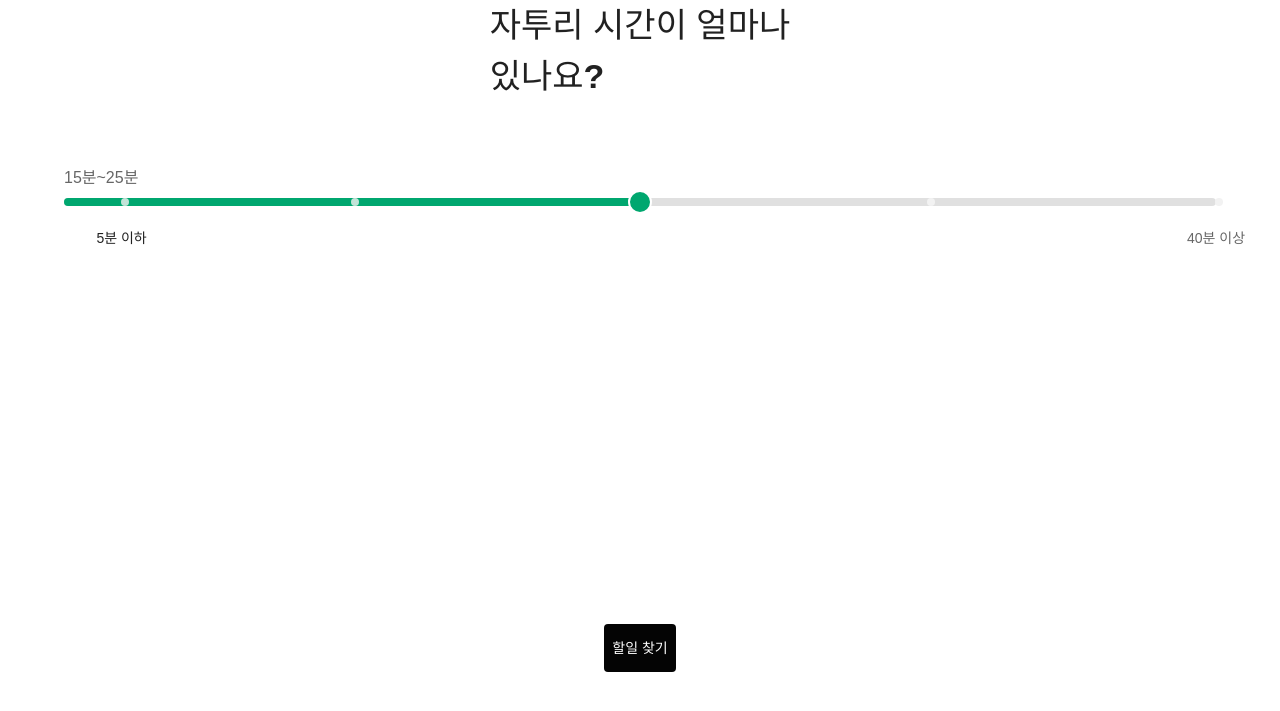
Repository: Tickley-Team/Tickley
Page: /survey
An editor plug-in stored every save of this project. The page is shown before and after the next save, followed by the edit.
The browser window is 1280 px wide. The pictures show the whole page.
The project was rebuilt for these pictures with package versions that can differ from the ones it lists, and the page was loaded fresh each time. Also part of the build but not shown: vite.config.ts, src/components/BottomNavbar.css, src/components/BottomNavbar.tsx, src/hooks/useLocalStorage.ts, src/stores/timeLeftStore.ts, src/utils.ts, src/components/BasicDialog.tsx, src/pages/Todos.tsx and 12 more.

Above is the page before, as saved 2024-12-09 16:42:34.

### index.html
<!doctype html>
<html lang="en">
  <head>
    <meta charset="UTF-8" />
    <link rel="icon" type="image/svg+xml" href="/src/assets/tickley-favicon.svg" />
    <meta name="viewport" content="width=device-width, initial-scale=1.0" />
    <title>Tickley</title>
    <meta name="description" content="자투리 시간을 알차게 보내고 싶으신가요? 그럼 티클리!">
    <meta property="og:title" content="Tickley">
    <meta property="og:url" content="https://tickley-team.github.io/Tickley/">
    <meta property="og:image" content="https://tickley-team.github.io/Tickley/cute-tickley.png">
    <meta property="og:description" content="자투리 시간을 알차게 보내고 싶으신가요? 그럼 티클리!">
  </head>
  <body>
    <div id="root"></div>
    <script type="module" src="/src/main.tsx"></script>
  </body>
</html>

### src/index.css
:root {
  font-family: Pretandard, system-ui, Avenir, Helvetica, Arial, sans-serif;

  color-scheme: light dark;
  font-synthesis: none;
  text-rendering: optimizeLegibility;
  -webkit-font-smoothing: antialiased;
  -moz-osx-font-smoothing: grayscale;
}

@font-face {
  font-family: 'S-CoreDream-5Medium';
  src: url('https://fastly.jsdelivr.net/gh/projectnoonnu/noonfonts_six@1.2/S-CoreDream-5Medium.woff')
    format('woff');
  font-weight: 500;
  font-style: normal;
}

@font-face {
  font-family: 'S-CoreDream-6Bold';
  src: url('https://fastly.jsdelivr.net/gh/projectnoonnu/noonfonts_six@1.2/S-CoreDream-6Bold.woff')
    format('woff');
  font-weight: 600;
  font-style: normal;
}

@font-face {
  font-family: 'S-CoreDream-8Heavy';
  src: url('https://fastly.jsdelivr.net/gh/projectnoonnu/noonfonts_six@1.2/S-CoreDream-8Heavy.woff')
    format('woff');
  font-weight: 800;
  font-style: normal;
}

@font-face {
  font-family: 'S-CoreDream-7ExtraBold';
  src: url('https://fastly.jsdelivr.net/gh/projectnoonnu/noonfonts_six@1.2/S-CoreDream-7ExtraBold.woff')
    format('woff');
  font-weight: 700;
  font-style: normal;
}

### src/App.tsx
import Todos from './pages/Todos'
import TodosFind from './pages/TodosFind'
import SurveySpareTime from './pages/SurveySpareTime'
import Home from './pages/Home'
import OnboardingPage from './pages/OnboardingPage'
import TodosMemory from './pages/TodosMemory'
import ProgressTimer from './pages/ProgressTimer'
import CompletedTimer from './pages/CompletedTimer'
import { fetchRecommendTodos } from './api/fetchRecommendTodos'
import { createBrowserRouter, RouterProvider } from 'react-router'
import { ThemeProvider } from '@mui/material/styles'
import { TickleyTheme } from './theme'
import CssBaseline from '@mui/material/CssBaseline'

function App() {
  const isProduction = process.env.NODE_ENV === 'production'
  const basename = isProduction ? '/Tickley' : '/'

  const router = createBrowserRouter(
    [
      {
        path: '/',
        element: <Home />,
      },
      {
        path: '/todos',
        element: <Todos />,
      },
      {
        path: '/todos/find',
        element: <TodosFind />,
        loader: () =>
          fetchRecommendTodos(
            `${import.meta.env.BASE_URL}data/todoRecommendData.json`,
          ),
      },
      {
        path: '/todos/memory',
        element: <TodosMemory />,
      },
      {
        path: '/survey',
        element: <SurveySpareTime />,
      },
      {
        path: '/onboarding/:onboardingId',
        element: <OnboardingPage />,
      },
      {
        path: '/timer/progress',
        element: <ProgressTimer />,
      },
      {
        path: '/timer/completed',
        element: <CompletedTimer />,
      },
    ],
    {
      basename,
    },
  )

  return (
    <ThemeProvider theme={TickleyTheme}>
      <RouterProvider router={router} />
      <CssBaseline />
    </ThemeProvider>
  )
}

export default App

### src/pages/SurveySpareTime/index.tsx
import { useCallback } from 'react'
import { useNavigate } from 'react-router'
import { MobileLayout } from '../../layout/MobileLayout'
import { RangeSlider } from '../../components/RangeSlider'
import { Typography } from '@mui/material'
import { CTAButton } from '../../components/Button'

const SurveySpareTime = () => {
  const navigate = useNavigate()
  const handleClickButton = useCallback(() => {
    navigate('/todos/find')
  }, [])
  return (
    <MobileLayout>
      <Typography
        variant="title-6-bold-34"
        sx={{
          whiteSpace: 'pre-line',
          textAlign: 'left',
          marginBottom: '64px',
        }}
      >
        {`자투리 시간이 얼마나\n있나요?`}
      </Typography>
      <RangeSlider />
      <CTAButton
        sx={{ marginTop: 'auto', marginBottom: '48px' }}
        onClick={handleClickButton}
      >
        할일 찾기{' '}
      </CTAButton>
    </MobileLayout>
  )
}

export default SurveySpareTime

### src/api/fetchRecommendTodos.ts
import { RecommendTodo } from '../types'

export const fetchRecommendTodos = async (
  path: string,
): Promise<Array<RecommendTodo>> => {
  try {
    const response = await fetch(path)
    if (!response.ok) {
      throw new Error(`HTTP error! status: ${response.status}`)
    }
    return response.json()
  } catch (error) {
    if (error instanceof Error) {
      throw new Error(`데이터 로드 실패: ${error.message}`)
    }
    throw new Error('알 수 없는 에러가 발생했습니다')
  }
}

### src/theme.ts
import { createTheme } from '@mui/material/styles'

import tokens from './assets/tokens.json'

import React from 'react'

export const TickleyTheme = createTheme({
  palette: {
    primary100: tokens.color.pri100.value,
    primary500: tokens.color.pri500.value,
    primary900: tokens.color.pri900.value,

    gray100: tokens.color.gray100.value,
    gray200: tokens.color.gray200.value,
    gray300: tokens.color.gray300.value,
    gray400: tokens.color.gray400.value,
    gray600: tokens.color.gray600.value,
    gray700: tokens.color.gray700.value,
    gray800: tokens.color.gray800.value,
    gray900: tokens.color.gray900.value,
    gray1000: tokens.color.gray1000.value,

    semanticRed: '#F24822',
    semanticPurple1: '#5B67BA',
    semanticGreen: '#009951',
    semanticGreen1: '#D6F2CC',
    semanticGreen2: '#B2DDA2',
    semanticGreen3: '#7BB766',
    semanticGreen4: '#367A1E',
  },

  typography: {
    fontFamily: '"S-CoreDream", Arial, sans-serif',

    'headline-8-heavy': {
      fontWeight: 800,

      fontSize: '48px',
    },

    'headline-5-medium': {
      fontWeight: 500,

      fontSize: '66px',
    },

    'title-6-bold-34': {
      fontWeight: 600,

      fontSize: '34px',
    },

    'title-5-medium-26': {
      fontWeight: 500,

      fontSize: '26px',
    },

    'title-7-extrabold-20': {
      fontWeight: 700,

      fontSize: '20px',
    },

    'title-5-medium-18': {
      fontWeight: 500,

      fontSize: '18px',
    },

    'title-5-medium-16': {
      fontWeight: 500,

      fontSize: '16px',
    },

    'title-5-medium-12': {
      fontWeight: 500,

      fontSize: '12px',
    },
  },
})

//TODO: 타입 정의 파일로 옮기기

declare module '@mui/material/styles' {
  interface Palette {
    primary100: string
    primary500: string
    primary900: string
    gray100: string
    gray200: string
    gray300: string
    gray400: string
    gray600: string
    gray700: string
    gray800: string
    gray900: string
    gray1000: string

    semanticGreen1: string
    semanticGreen2: string
    semanticGreen3: string
    semanticGreen4: string
    semanticRed: string
    semanticPurple1: string
    semanticGreen: string
  }

  interface PaletteOptions {
    primary100: string
    primary500: string
    primary900: string
    gray100: string
    gray200: string
    gray300: string
    gray400: string
    gray600: string
    gray700: string
    gray800: string
    gray900: string
    gray1000: string

    semanticGreen1: string
    semanticGreen2: string
    semanticGreen3: string
    semanticGreen4: string
    semanticRed: string
    semanticPurple1: string
    semanticGreen: string
  }
}

declare module '@mui/material/Typography' {
  interface TypographyPropsVariantOverrides {
    'headline-5-medium': true

    'headline-8-heavy': true

    'title-6-bold-34': true

    'title-5-medium-26': true

    'title-7-extrabold-20': true

    'title-5-medium-18': true

    'title-5-medium-16': true

    'title-5-medium-12': true
  }
}

declare module '@mui/material/styles' {
  interface TypographyVariants {
    'headline-5-medium': React.CSSProperties

    'headline-8-heavy': React.CSSProperties

    'title-6-bold-34': React.CSSProperties

    'title-5-medium-26': React.CSSProperties

    'title-7-extrabold-20': React.CSSProperties

    'title-5-medium-18': React.CSSProperties

    'title-5-medium-16': React.CSSProperties

    'title-5-medium-12': React.CSSProperties
  }

  interface TypographyVariantsOptions {
    'headline-5-medium'?: React.CSSProperties

    'headline-8-heavy'?: React.CSSProperties

    'title-6-bold-34'?: React.CSSProperties

    'title-5-medium-26'?: React.CSSProperties

    'title-7-extrabold-20'?: React.CSSProperties

    'title-5-medium-18'?: React.CSSProperties

    'title-5-medium-16'?: React.CSSProperties

    'title-5-medium-12'?: React.CSSProperties
  }
}

### src/components/RangeSlider.tsx
import styled from '@emotion/styled'
import { Box, Slider, SliderProps, Typography } from '@mui/material'
import { useRecommendTodoFilterStore } from '../stores/recommendTodoFilterStore'

type RangeSliderProps = Partial<SliderProps>

const RangeMapper = [
  { value: 5, label: '5분 이하', displayText: '5분 이하', time: 5 },
  { value: 25, label: '', displayText: '5분~15분', time: 15 },
  { value: 50, label: '', displayText: '15분~25분', time: 25 },
  { value: 75, label: '', displayText: '25분~35분', time: 35 },
  { value: 100, label: '40분 이상', displayText: '40분 이상', time: 40 },
]

export const RangeSlider = ({ ...restProps }: RangeSliderProps) => {
  const { spareTime, setSpareTime } = useRecommendTodoFilterStore()

  const handleChange = (_event: Event, value: number | number[]) => {
    const time = RangeMapper.find((step) => step.value === value)?.time
    setSpareTime(time ?? 5)
  }

  const marks = RangeMapper.map(({ value, label }) => ({
    value,
    label,
  }))
  return (
    <Box width={'100%'}>
      <Typography sx={{ mb: 1, color: '#666666' }}>
        {/* TODO: refactor 연산 */}
        {RangeMapper.find(({ time }) => time === spareTime)?.displayText}
      </Typography>
      <CustomSlider
        value={RangeMapper.find(({ time }) => time === spareTime)?.value}
        marks={marks}
        step={null}
        onChange={handleChange}
        {...restProps}
      />
    </Box>
  )
}

const CustomSlider = styled(Slider)({
  height: 8,
  padding: 0,
  '& .MuiSlider-rail': {
    opacity: 1,
    backgroundColor: '#E0E0E0', // gray300
  },
  '& .MuiSlider-track': {
    border: 'none',
    backgroundColor: '#00A76F', // pri500
  },
  '& .MuiSlider-thumb': {
    height: 24,
    width: 24,
    backgroundColor: '#00A76F', // pri500
    border: '2px solid #fff',
    '&:focus, &:hover, &.Mui-active, &.Mui-focusVisible': {
      boxShadow: 'inherit',
    },
    '&:before': {
      display: 'none',
    },
  },
  '& .MuiSlider-mark': {
    backgroundColor: '#F2F2F2', // gray200
    height: 8,
    width: 8,
    borderRadius: '50%',
    marginTop: 0,
  },
})

### src/layout/MobileLayout.tsx
import { Container } from '@mui/material'

export const MobileLayout = ({
  children,
  ...restProps
}: {
  children: React.ReactNode
}) => {
  return (
    <Container
      sx={{
        maxWidth: '375px', // 최대 너비 375px
        margin: '0 auto', // 가운데 정렬
        backgroundColor: 'white', // 배경 색상
        height: '100vh', // 화면 전체 높이 사용
        display: 'flex', // Flexbox를 사용하여 콘텐츠 정렬
        flexDirection: 'column', // 세로로 쌓이게
        justifyContent: 'flex-start', // 세로 방향으로 상단 정렬
        alignItems: 'center', // 가로 방향으로 중앙 정렬
        padding: 0, // 기본 패딩 제거
        boxSizing: 'border-box', // 패딩 및 마진 포함
      }}
      {...restProps}
    >
      {/* 여기에 콘텐츠를 추가 */}
      {children}
    </Container>
  )
}

### src/stores/recommendTodoFilterStore.ts
import { create } from 'zustand'

interface RecommendTodoFilterStore {
  categoryName: string
  spareTime: number
  setSpareTime: (spareTime: number) => void
  setCategoryName: (categoryName: string) => void
}
export const useRecommendTodoFilterStore = create<RecommendTodoFilterStore>()(
  (set) => ({
    categoryName: '휴식',
    spareTime: 25,
    setSpareTime: (spareTime) => set({ spareTime }),
    setCategoryName: (categoryName) => set({ categoryName }),
  }),
)

### src/components/Button.tsx
import { Box, Button as BaseButton, ButtonProps } from '@mui/material'
import { styled } from '@mui/system'

type Props = ButtonProps & {
  children: React.ReactNode
}
export const CTAButton = ({ children, ...restProps }: Props) => {
  return (
    <Box sx={{ marginTop: 'auto' }}>
      <Button sx={{ marginBottom: '48px' }} {...restProps}>
        {children}
      </Button>
    </Box>
  )
}

const Button = styled(BaseButton)(({ theme }) => ({
  height: 48,
  borderRadius: 4,
  width: '100%',
  justifyContent: 'center',
  alignItems: 'center',
  display: 'inline-flex',
  backgroundColor: theme.palette.gray1000, // theme 사용
  color: theme.palette.gray100, // theme 사용
}))

### src/assets/tokens.json
{
  "color": {
    "pri500": {
      "description": "",
      "type": "color",
      "value": "#1d997cff",
      "blendMode": "normal"
    },
    "pri100": {
      "description": "",
      "type": "color",
      "value": "#d7f6efff",
      "blendMode": "normal"
    },
    "pri900": {
      "description": "",
      "type": "color",
      "value": "#044637ff",
      "blendMode": "normal"
    },
    "gray1000": {
      "description": "",
      "type": "color",
      "value": "#040404ff",
      "blendMode": "normal"
    },
    "gray300": {
      "description": "",
      "type": "color",
      "value": "#f0f1f5ff",
      "blendMode": "normal"
    },
    "gray400": {
      "description": "",
      "type": "color",
      "value": "#d9dae2ff",
      "blendMode": "normal"
    },
    "gray500": {
      "description": "",
      "type": "color",
      "value": "#b9babfff",
      "blendMode": "normal"
    },
    "gray900": {
      "description": "",
      "type": "color",
      "value": "#232327ff",
      "blendMode": "normal"
    },
    "gray600": {
      "description": "",
      "type": "color",
      "value": "#999a9fff",
      "blendMode": "normal"
    },
    "gray700": {
      "description": "",
      "type": "color",
      "value": "#717277ff",
      "blendMode": "normal"
    },
    "gray800": {
      "description": "",
      "type": "color",
      "value": "#3f3f44ff",
      "blendMode": "normal"
    },
    "gray200": {
      "description": "",
      "type": "color",
      "value": "#f9fafcff",
      "blendMode": "normal"
    },
    "gray100": {
      "description": "",
      "type": "color",
      "value": "#ffffffff",
      "blendMode": "normal"
    }
  },
  "grid": {
    "grid": {
      "0": {
        "type": "custom-grid",
        "value": {
          "pattern": "columns",
          "gutterSize": 0,
          "alignment": "stretch",
          "count": 1,
          "offset": 16
        }
      },
      "1": {
        "type": "custom-grid",
        "value": {
          "pattern": "columns",
          "gutterSize": 16,
          "alignment": "stretch",
          "count": 4,
          "offset": 16
        }
      },
      "description": null
    }
  },
  "variable collection": {
    "pri500": { "type": "color", "value": "#f5c21aff", "blendMode": "normal" },
    "pri600": { "type": "color", "value": "#f5bb1aff", "blendMode": "normal" },
    "color": {
      "description": "",
      "type": "color",
      "value": "{variable collection.pri500}"
    }
  }
}

Loaded but not shown: src/main.tsx (common file)

After the next save:
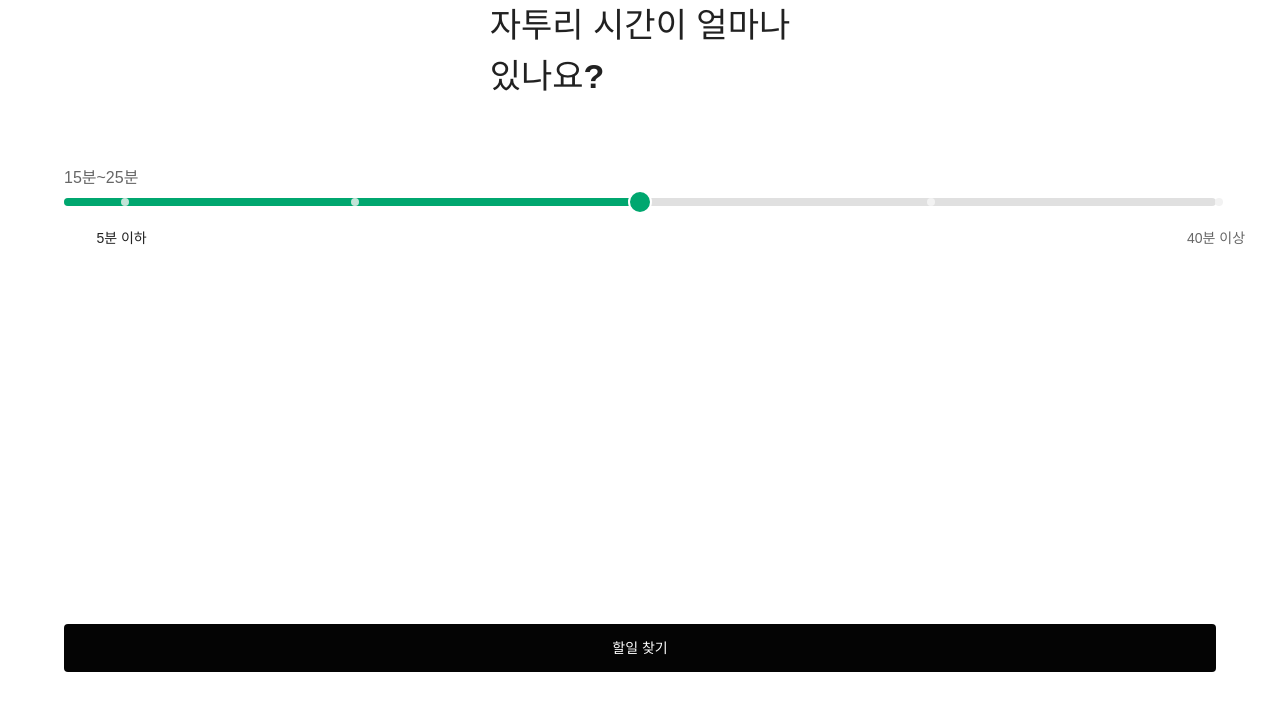
Saved 2 min 7 s later.
--- a/src/components/Button.tsx
+++ b/src/components/Button.tsx
@@ -6,11 +6,9 @@
 }
 export const CTAButton = ({ children, ...restProps }: Props) => {
   return (
-    <Box sx={{ marginTop: 'auto' }}>
-      <Button sx={{ marginBottom: '48px' }} {...restProps}>
-        {children}
-      </Button>
-    </Box>
+    <Button sx={{ marginBottom: '48px' }} {...restProps}>
+      {children}
+    </Button>
   )
 }
 
